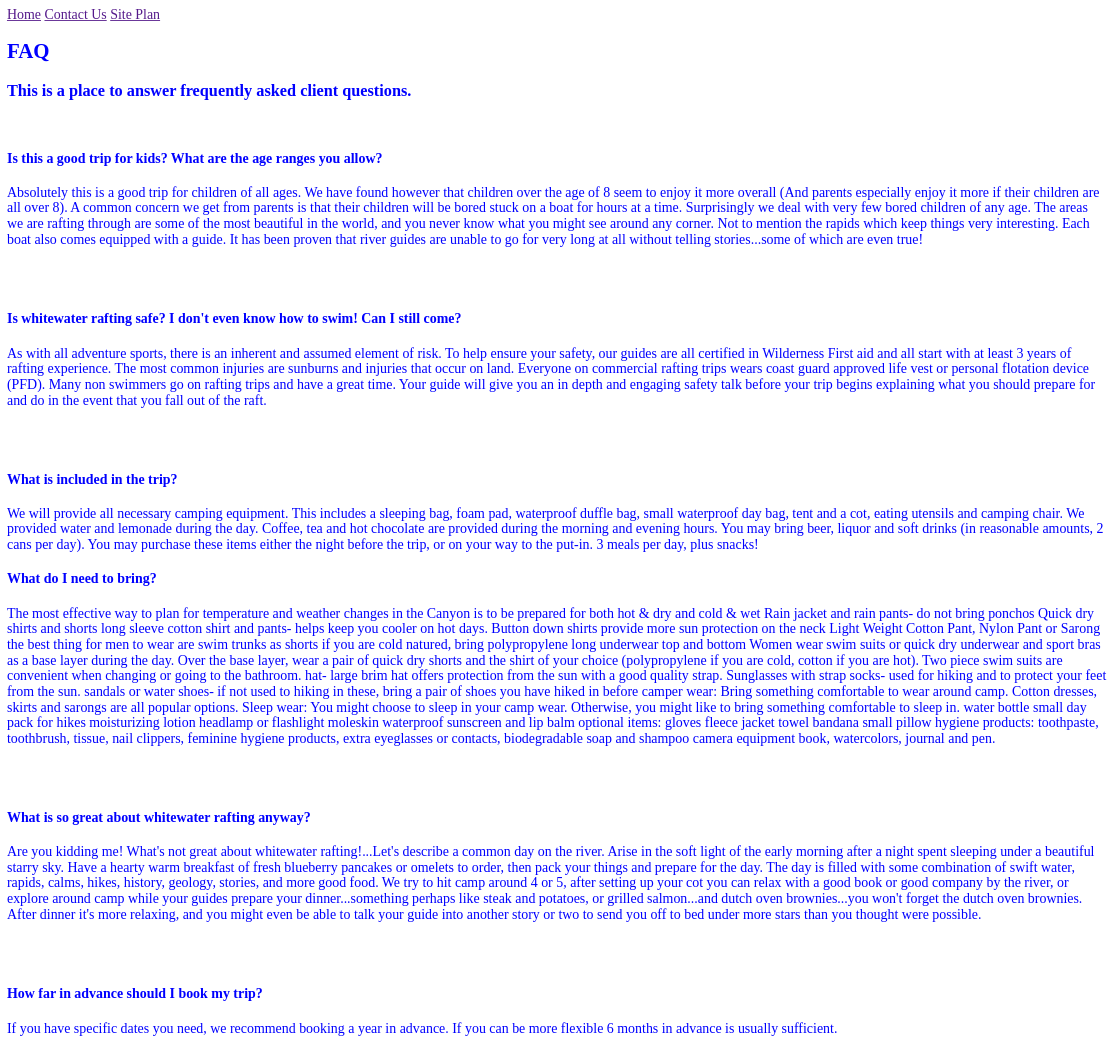
Repository: nak97/WDD-130
Page: wrr/faq.html
These files come from the project's save history. The page is drawn as it stood at one moment and after the next save; the edit follows.
The browser window is 1280 px wide. The pictures show the whole page, at 87% of full size.

Above is the page before, as saved 2023-03-08 10:18:13.

### wrr/faq.html
<!DOCTYPE html>

<nav>
  <head>
    <meta charset="utf-8">
    <meta http-equiv="X-UA-Compatible" content="IE=edge">
    <title>FAQ</title>
    <meta name="description" content="">
    <meta name="viewport" content="width=device-width, initial-scale=1">
    <link rel="stylesheet" href="./styles/faq.css">
  </head>
  <nav>
  <a href="">Home</a>
  <a href="">Contact Us</a>
  <a href="">Site Plan</a>
  </nav>

  <body>

    <h2>
      FAQ
    </h2>
    <h3> This is a place to answer frequently asked client questions.</h3> <br>

    <div class="container">

<div class="colum-1">
  <h4>Is this a good trip for kids? What are the age ranges you allow? </h4>
  <p>Absolutely this is a good trip for children of all ages. We have found however that children over the age of 8 seem to enjoy it more overall (And parents especially enjoy it more if their children are all over 8). A common concern we get from parents is that their children will be bored stuck on a boat for hours at a time. Surprisingly we deal with very few bored children of any age. The areas we are rafting through are some of the most beautiful in the world, and you never know what you might see around any corner. Not to mention the rapids which keep things very interesting. Each boat also comes equipped with a guide. It has been proven that river guides are unable to go for very long at all without telling stories...some of which are even true!</p>   <br><br>

   <h4>Is whitewater rafting safe? I don't even know how to swim! Can I still come?</h4>
    <p> As with all adventure sports, there is an inherent and assumed element of risk. To help ensure your safety, our guides are all certified in Wilderness First aid and all start with at least 3 years of rafting experience. The most common injuries are sunburns and injuries that occur on land.
      Everyone on commercial rafting trips wears coast guard approved life vest or personal flotation device (PFD). Many non swimmers go on rafting trips and have a great time. Your guide will give you an in depth and engaging safety talk before your trip begins explaining what you should prepare for and do in the event that you fall out of the raft.</p>  <br><br>


</div>

<div class="colum-2">
  <h4>What is included in the trip?</h4>
  <p> We will provide all necessary camping equipment. This includes a sleeping bag, foam pad, waterproof duffle bag, small waterproof day bag, tent and a cot, eating utensils and camping chair.
   We provided water and lemonade during the day. Coffee, tea and hot chocolate are provided during the morning and evening hours. You may bring beer, liquor and soft drinks (in reasonable amounts, 2 cans per day). You may purchase these items either the night before the trip, or on your way to the put-in. 3 meals per day, plus snacks! </p>

  <h4>What do I need to bring?</h4>
  <p>The most effective way to plan for temperature and weather changes in the Canyon is to be prepared for both hot & dry and cold & wet Rain jacket and rain pants- do not bring ponchos Quick dry shirts and shorts long sleeve cotton shirt and pants- helps keep you cooler on hot days. Button down shirts provide more sun protection on the neck Light Weight Cotton Pant, Nylon Pant or Sarong the best thing for men to wear are swim trunks as shorts if you are cold natured, bring polypropylene long underwear top and bottom Women wear swim suits or quick dry underwear and sport bras as a base layer during the day. Over the base layer, wear a pair of quick dry shorts and the shirt of your choice (polypropylene if you are cold, cotton if you are hot). Two piece swim suits are convenient when changing or going to the bathroom. hat- large brim hat offers protection from the sun with a good quality strap. Sunglasses with strap socks- used for hiking and to protect your feet from the sun. sandals or water shoes- if not used to hiking in these, bring a pair of shoes you have hiked in before camper wear: Bring something comfortable to wear around camp. Cotton dresses, skirts and sarongs are all popular options. Sleep wear: You might choose to sleep in your camp wear. Otherwise, you might like to bring something comfortable to sleep in. water bottle small day pack for hikes moisturizing lotion headlamp or flashlight moleskin waterproof sunscreen and lip balm optional items: gloves fleece jacket towel bandana small pillow hygiene products: toothpaste, toothbrush, tissue, nail clippers, feminine hygiene products, extra eyeglasses or contacts, biodegradable soap and shampoo camera equipment book, watercolors, journal and pen.</p>  <br><br>

</div>

<div class="colum-3">
  <h4>What is so great about whitewater rafting anyway?</h4>
  <p>Are you kidding me! What's not great about whitewater rafting!...Let's describe a common day on the river.
   Arise in the soft light of the early morning after a night spent sleeping under a beautiful starry sky. Have a hearty warm breakfast of fresh blueberry pancakes or omelets to order, then pack your things and prepare for the day. The day is filled with some combination of swift water, rapids, calms, hikes, history, geology, stories, and more good food. We try to hit camp around 4 or 5, after setting up your cot you can relax with a good book or good company by the river, or explore around camp while your guides prepare your dinner...something perhaps like steak and potatoes, or grilled salmon...and dutch oven brownies...you won't forget the dutch oven brownies. After dinner it's more relaxing, and you might even be able to talk your guide into another story or two to send you off to bed under more stars than you thought were possible.</p>  <br><br>
 <h4>How far in advance should I book my trip?</h4>
  <p> If you have specific dates you need, we recommend booking a year in advance. If you can be more flexible 6 months in advance is usually sufficient.</p>

</div>







    </div>




  </body>
</html>

### wrr/styles/faq.css

body {color: blue;}



.container {
  display: flex;
  flex-direction: column;
}

After the next save:
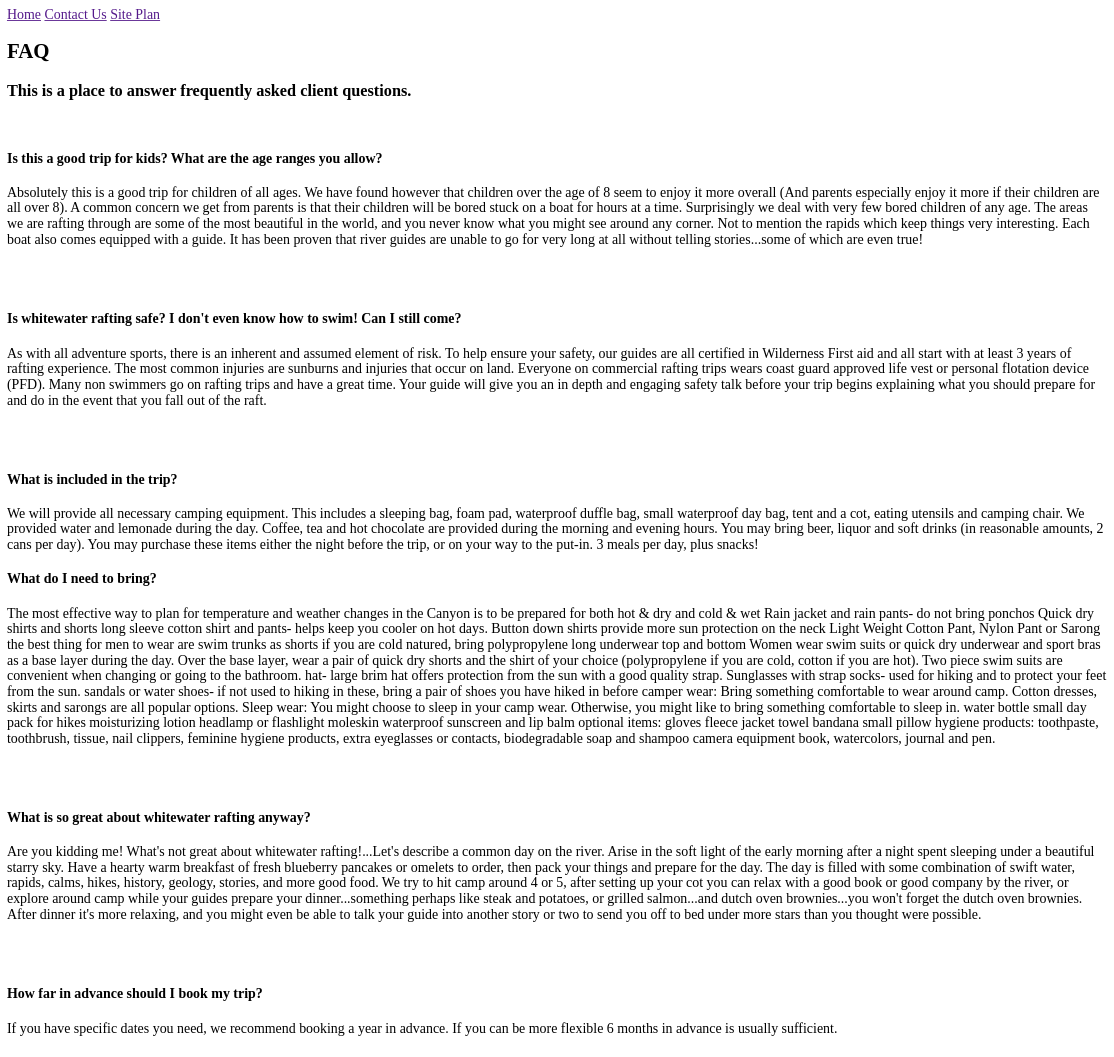
Saved 9 s later.
--- a/wrr/styles/faq.css
+++ b/wrr/styles/faq.css
@@ -1,5 +1,4 @@
 
-body {color: blue;}
 
 
 
